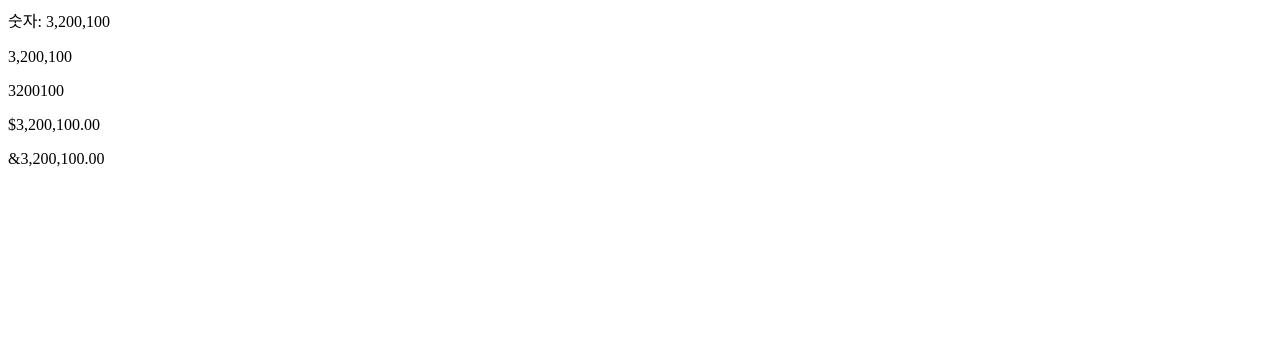
Repository: ramperrit/JSP
Page: http://localhost/JSPBook/Ch09/jstl_fmt02.jsp
The author's editor kept a copy of each file at every save. The page is drawn from the files as they stood at one save, then again after the next save.
The browser window is 1280 px wide. The pictures show the whole page.
The page is served by Tomcat 9. Nobody is signed in. The application's start-up code is not run.

Above is the page before, as saved 2024-02-26 02:12:55.

After the next save:
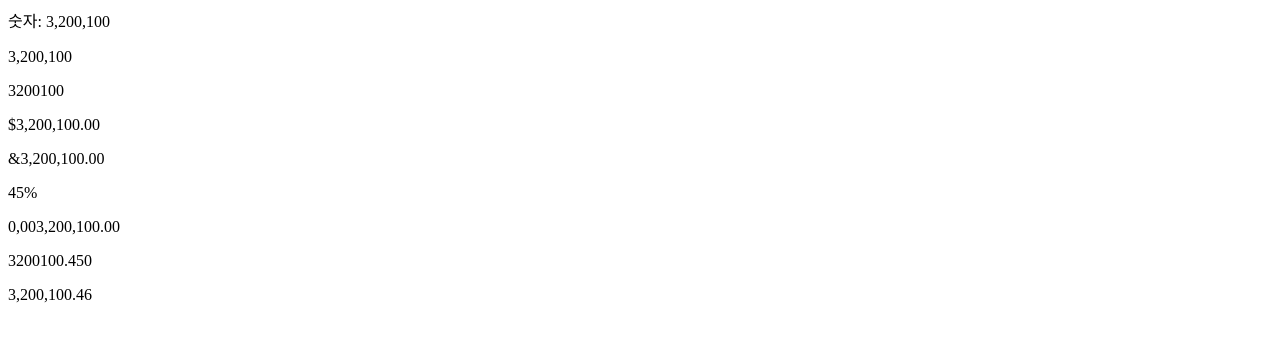
Saved 3 min 59 s later.
--- a/JSPBook/src/main/webapp/Ch09/jstl_fmt02.jsp
+++ b/JSPBook/src/main/webapp/Ch09/jstl_fmt02.jsp
@@ -10,5 +10,9 @@
 	<p> <fmt:formatNumber value="3200100" type="number" groupingUsed="false"/>
 	<p> <fmt:formatNumber value="3200100" type="currency" groupingUsed="true"/>
 	<p> <fmt:formatNumber value="3200100" type="currency" currencySymbol="&"/>
+	<p> <fmt:formatNumber value="0.45" type="percent"/>
+	<p> <fmt:formatNumber value="3200100" minIntegerDigits="10" minFractionDigits="2"/>
+	<p> <fmt:formatNumber value="3200100.45" pattern=".000"/>
+	<p> <fmt:formatNumber value="3200100.456" pattern="#,#00.0#"/>
 </body>
 </html>
